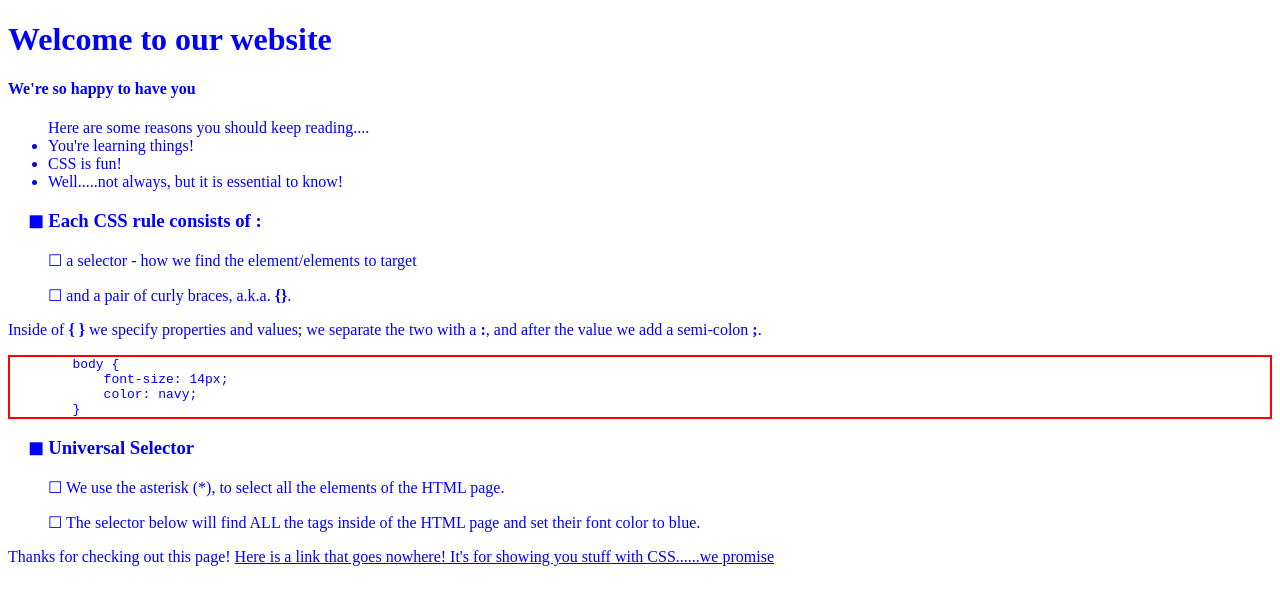
Repository: AnnaSpirit/Tests__
Page: CSS/Useful_Selectors.html
An editor plug-in stored every save of this project. The page is shown before and after a run of saves, followed by the edit.
The browser window is 1280 px wide. The pictures show the whole page.

Above is the page before, as saved 2024-04-01 12:34:33.

After the next 2 saves:
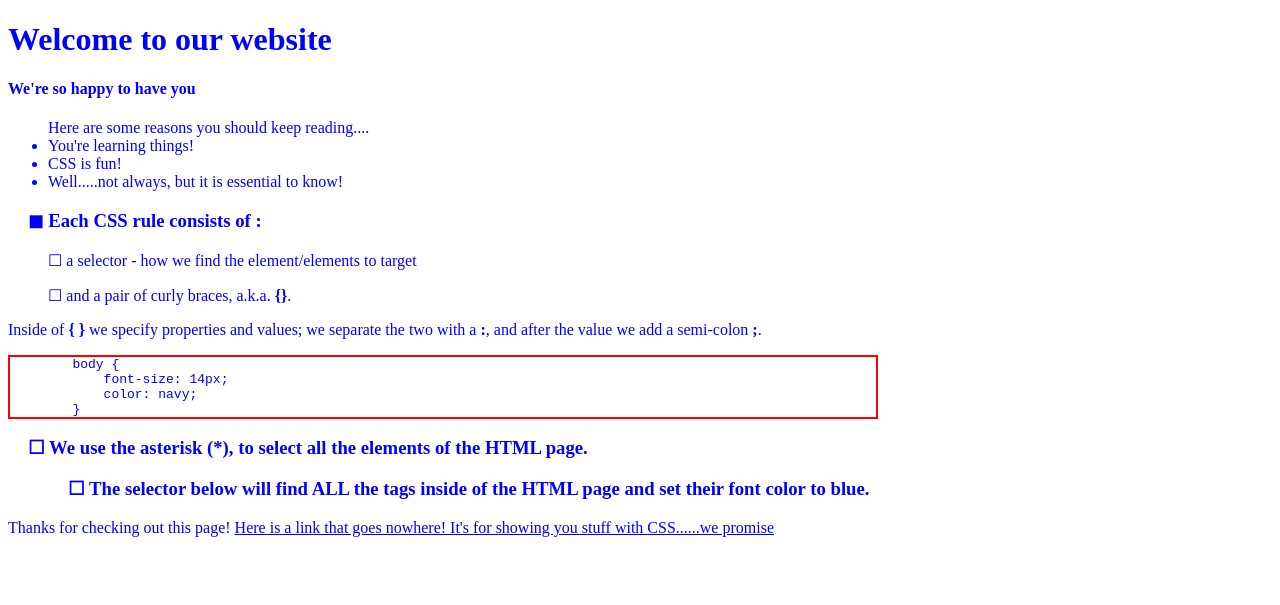
The 2 saves are shown as one change because they came seconds apart.
The last was saved 14 s later.
--- a/CSS/Useful_Selectors.html
+++ b/CSS/Useful_Selectors.html
@@ -23,13 +23,13 @@
             <p style="padding-left: 40px;"> &#9744; a selector - how we find the element/elements to target</p>
             <p style="padding-left: 40px;"> &#9744; and a pair of curly braces, a.k.a. <b>{}</b>.</p>
             <p>Inside of <b>{ }</b> we specify properties and values; we separate the two with a <b>:</b>, and after the value we add a semi-colon <b>;</b>.</p>
-    <span > <pre style="border: 2px solid red;">
+    <span > <pre style="border: 2px solid red; margin-right: 394px"">
         body {
             font-size: 14px;
             color: navy;
         }</pre></span>
         </h3>
-        <h3 style="padding-left: 20px; margin-right: 394px"> &#9724; Universal Selector</h3>
+        <h3 style="padding-left: 20px; > &#9724; Universal Selector</h3>
         <p style="padding-left: 40px;">&#9744; We use the asterisk (*), to select all the elements of the HTML page. </p>
         <p style="padding-left: 40px;">&#9744; The selector below will find ALL the tags inside of the HTML page and set their font color to blue.</p>
     </section>
